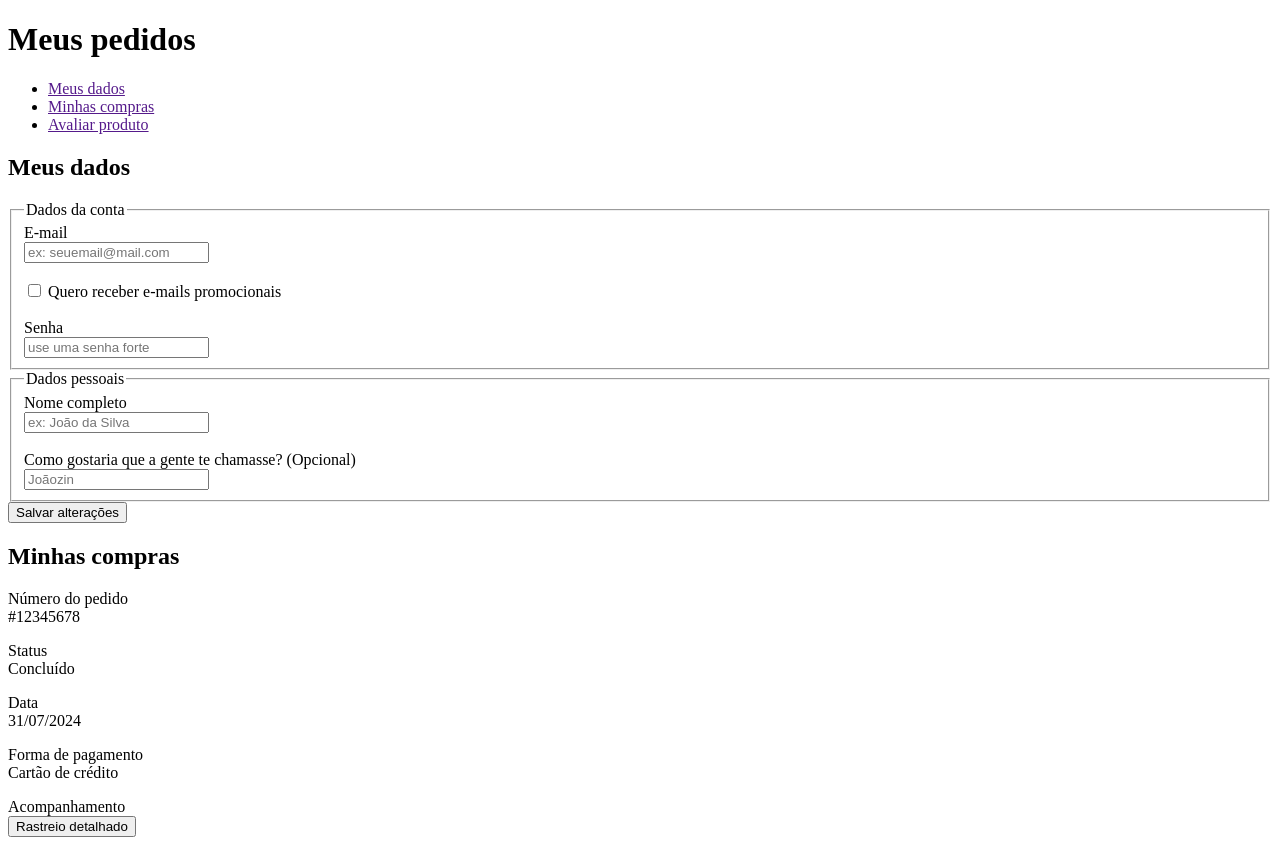
Repository: claudemir-camargo/site-compras
Page: index.html
These files come from the project's save history. The page is drawn as it stood at one moment and after the next save; the edit follows.
The browser window is 1280 px wide. The pictures show the whole page.

Above is the page before, as saved 2024-03-03 14:24:34.

After the next save:
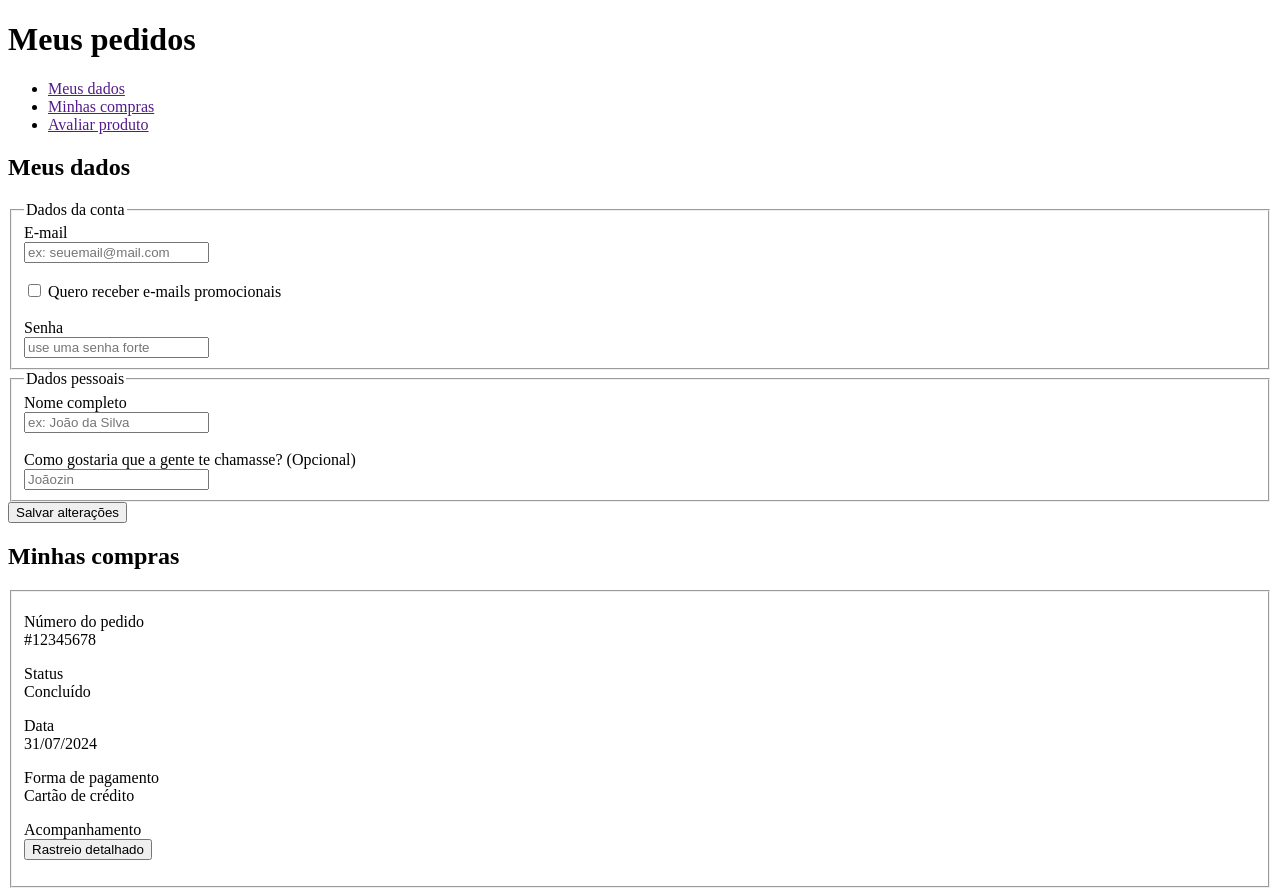
Saved 36 s later.
--- a/index.html
+++ b/index.html
@@ -41,11 +41,13 @@
     <div class="container">
         <div class="order-details">
             <h2>Minhas compras</h2>
-            <p>Número do pedido<br>#12345678</p>
-            <p>Status<br>Concluído</p>
-            <p>Data<br>31/07/2024</p>
-            <p>Forma de pagamento<br>Cartão de crédito</p>
-            <p>Acompanhamento<br><button>Rastreio detalhado</button></p>
+            <fieldset>
+                <p>Número do pedido<br>#12345678</p>
+                <p>Status<br>Concluído</p>
+                <p>Data<br>31/07/2024</p>
+                <p>Forma de pagamento<br>Cartão de crédito</p>
+                <p>Acompanhamento<br><button>Rastreio detalhado</button></p>
+            </fieldset>
     </div>
 
 </body>
